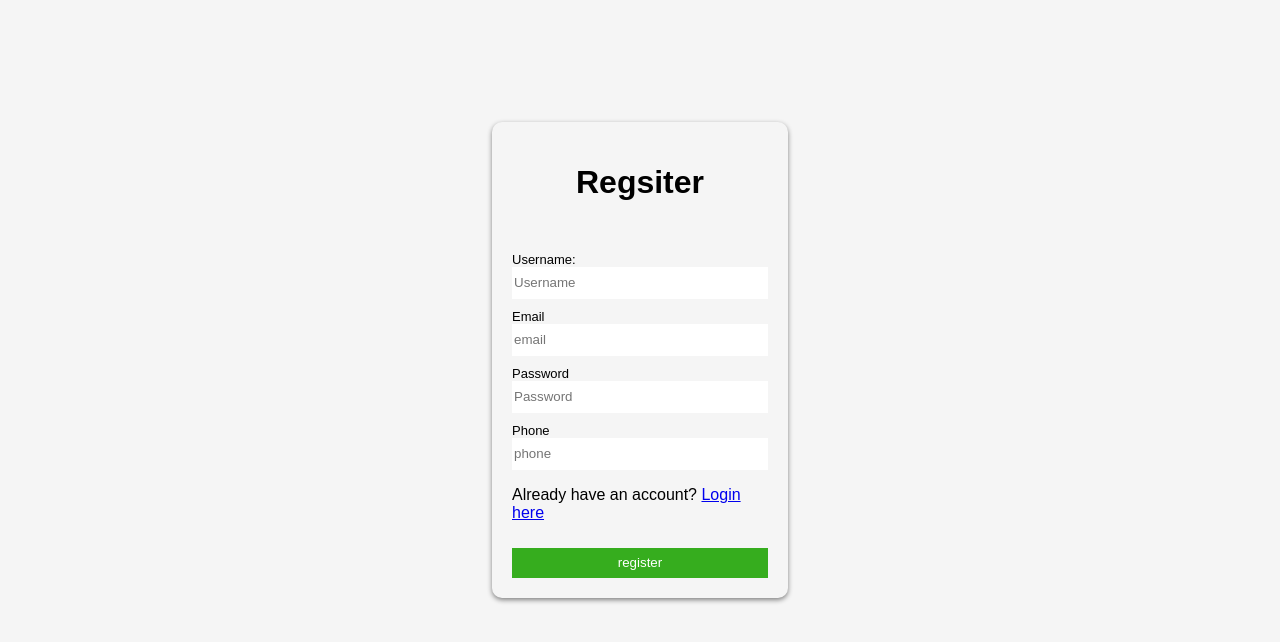
Repository: Dennis-star1001/PHP-CRUD
Page: http://localhost/register.php
An editor plug-in stored every save of this project. The page is shown before and after the next save, followed by the edit.
The browser window is 1280 px wide. The pictures show the whole page.
The page is run by PHP 8.4 with error messages shown; the project is at /var/www/html/.

Above is the page before, as saved 2022-07-05 22:37:42.

After the next save:
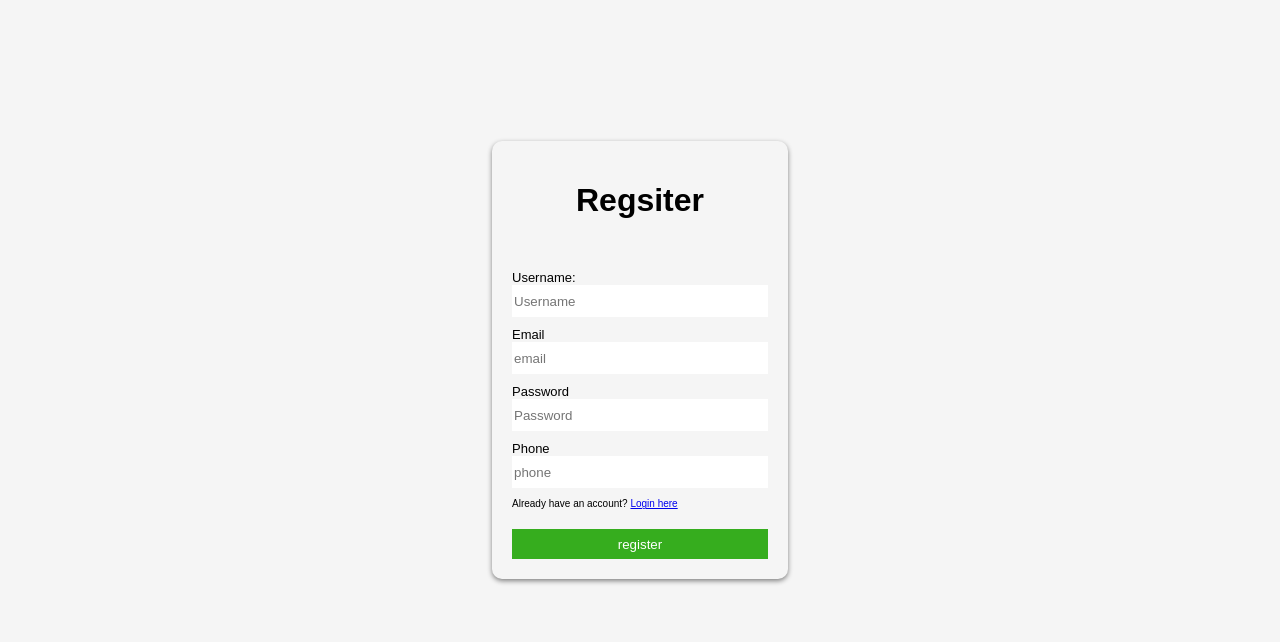
Saved 1 s later.
--- a/register.php
+++ b/register.php
@@ -46,7 +46,7 @@ if (isset($_GET['err'])) {
                 <div class="input-field">
                     <label for="phone">Phone</label>
                     <input type="phonr" class="text-input" placeholder="phone" name="phone" />
-                    <p>Already have an account? <a href="login.php">Login here</a> </p>
+                    <p class="login-link">Already have an account? <a href="login.php">Login here</a> </p>
                 </div>
                 <input type="submit" value="register" class="submit" name="register" />
 
